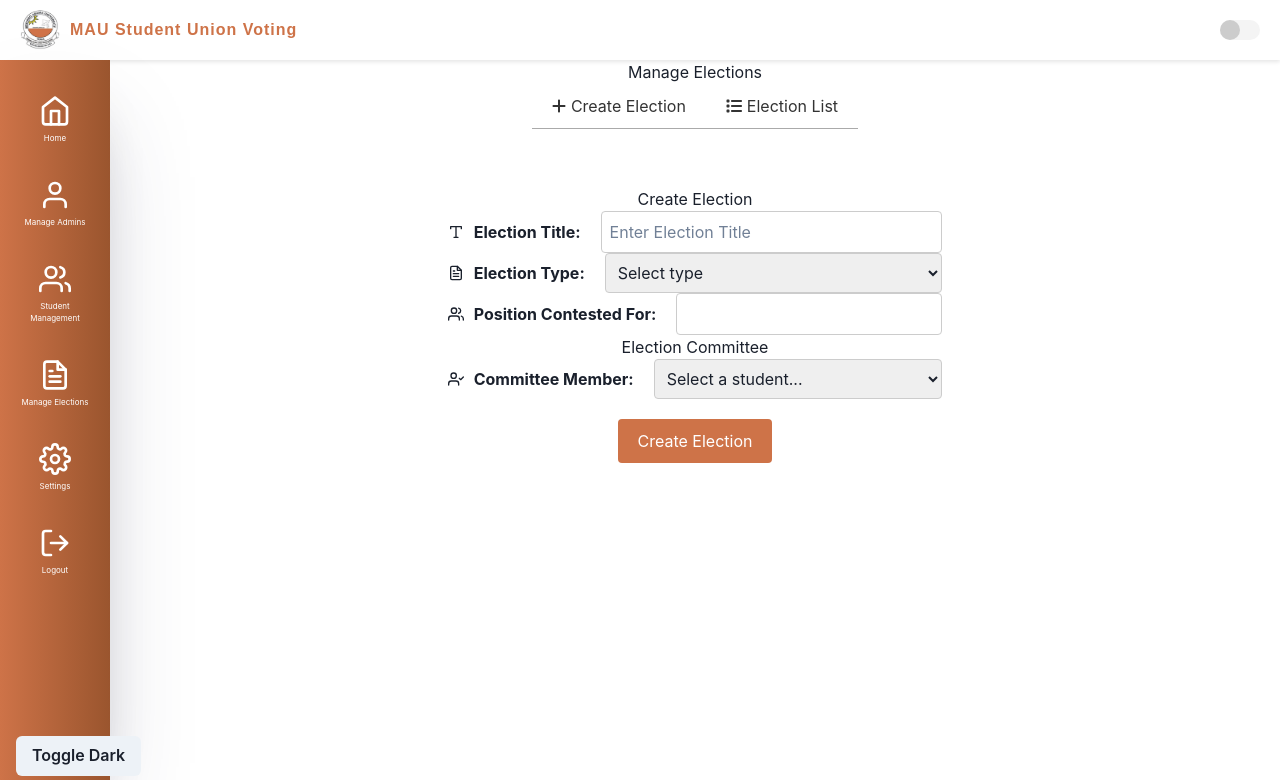
Repository: joena1o/e-vote
Page: /admin-dashboard/manage-elections
An editor plug-in stored every save of this project. The page is shown before and after the next save, followed by the edit.
The browser window is 1280 px wide. The pictures show the whole page.
The project was rebuilt for these pictures with package versions that can differ from the ones it lists, and the page was loaded fresh each time. Also part of the build but not shown: src/components/EnhancedLogin.js, src/components/maincontent/RegisterStudents/ManageStudents.js, src/components/maincontent/RegisterStudents/RegisterStudents.js, src/components/maincontent/RegisterStudents/StudentManagement.js, src/components/maincontent/ElectionResults/ViewResults.js, src/components/maincontent/Settings/Settings.js, src/api/index.js, src/components/maincontent/home/Home.styles.js and 5 more.

Above is the page before, as saved 2023-10-20 12:36:36.

### src/App.js
import React from 'react';
import { BrowserRouter as Router, Routes, Route, Navigate } from 'react-router-dom';
import EnhancedLogin from './components/EnhancedLogin';
import AdminDashboard from './components/AdminDashboard';
import { ChakraProvider, ColorModeProvider, Button, useColorMode } from '@chakra-ui/react';
import { Provider } from 'react-redux';
import store from './Redux/store';

// Component to toggle dark mode
function DarkModeToggle() {
  const { colorMode, toggleColorMode } = useColorMode();
  return (
    <Button onClick={toggleColorMode} position="fixed" m={4} zIndex={10}>
      Toggle {colorMode === 'light' ? 'Dark' : 'Light'}
    </Button>
  );
}

function App() {
  // Check if the current route is not the "/login" route, then render the DarkModeToggle
  const isLoginPage = window.location.pathname === '/login';

  return (
    <Provider store={store}>
      <ChakraProvider>
        <ColorModeProvider options={{ useSystemColorMode: true }}>
          <Router>
            <Routes>
              {/* Define your routes */}
              <Route path="/login" element={<EnhancedLogin />} />
              <Route path="/admin-dashboard/*" element={<AdminDashboard />} />
              {/* Redirect root to /admin-dashboard */}
              <Route path="/" element={<Navigate to="/admin-dashboard" replace />} />
            </Routes>
          </Router>
          {/* Render DarkModeToggle only if not on the "/login" page */}
          {!isLoginPage && <DarkModeToggle />}
        </ColorModeProvider>
      </ChakraProvider>
    </Provider>
  );
}

export default App;

### src/components/AdminDashboard.js
// AdminDashboard.js
import React from 'react';
import { Routes, Route } from 'react-router-dom';
import StudentManagement from './maincontent/RegisterStudents/StudentManagement';
import ViewResults from './maincontent/ElectionResults/ViewResults';
import Settings from './maincontent/Settings/Settings';
import Home from './maincontent/home/Home';
import ManageAdmin from './maincontent/ManageAdmins/ManageAdmins';
import ManageElections from './maincontent/ManageElections/ManageElections';
import Sidebar from './Sidebar';
import Navbar from './Navbar';
import styled from 'styled-components';

const Container = styled.div`
  display: flex;
  flex-direction: column;
  /* Add the following line to ensure Container fills the screen height */
  height: 100vh;
  width: 100%; /* Use 100% to fill the entire width of the screen */
`;


const Content = styled.div`
  display: flex;
  /* Add the following line to ensure Content fills the remaining screen space */
  flex: 1;
`;

const AdminDashboard = () => {
  return (
    <Container>
      <Navbar />
      <Content>
        <Sidebar />
        <Routes>
          <Route index element={<Home />} />
          <Route path="student-management" element={<StudentManagement />} />
          <Route path="view-results" element={<ViewResults />} />
          <Route path="settings" element={<Settings />} />
          <Route path="manage-admin" element={<ManageAdmin />} />
          <Route path="manage-elections" element={<ManageElections />} />
        </Routes>
      </Content>
    </Container>
  );
};

export default AdminDashboard;

### src/Redux/store.js
import { configureStore } from '@reduxjs/toolkit';
import electionReducer from './electionSlice';
import studentsReducer from './studentsSlice'; // Assuming you have a studentsSlice

const store = configureStore({
  reducer: {
    elections: electionReducer,
    students: studentsReducer, // Add the students reducer here
  },
});

export default store;

### src/components/maincontent/ManageElections/ManageElections.js
import React, { useState } from 'react';
import { Tab, TabList, TabPanel, Tabs } from 'react-tabs';
import 'react-tabs/style/react-tabs.css'; // Import styles for react-tabs
import styled from 'styled-components';
import CreateElections from './CreateElection';
import ElectionList from './ElectionList';
import { FontAwesomeIcon } from '@fortawesome/react-fontawesome';
import { faPlus, faList } from '@fortawesome/free-solid-svg-icons'; // Import Font Awesome icons

const FullHeightContainer = styled.div`
  height: 100%;
  display: flex;
  flex-direction: column;
  justify-content: flex-start;
  align-items: center;
  width: 100%;
`;

const TabsContainer = styled.div`
  text-align: center;
  width: 100%;
  max-width: 1200px;
  flex: 1;
  display: flex;
  flex-direction: column;
  align-items: center;
`;

const StyledTab = styled(Tab)`
  padding: 10px 20px;
  color: #333;
  cursor: pointer;
  margin: 0;
  display: flex;
  align-items: center;
  justify-content: center;
  transition: background-color 0.2s ease-in-out;

  &:hover {
    background-color: #e0e0e0;
  }

  &.react-tabs__tab--selected {
    background-color: #fff;
    border: none; /* Remove the border */
    border-radius: 5px 5px 0 0;
  }
`;

const IconWrapper = styled.div`
  margin-right: 5px;
`;

const ManageElections = () => {
  const [activeTab, setActiveTab] = useState(0);

  const handleTabChange = (index) => {
    setActiveTab(index);
  };

  return (
    <FullHeightContainer>
      <h1>Manage Elections</h1>
      <TabsContainer>
        <Tabs selectedIndex={activeTab} onSelect={handleTabChange}>
          <TabList style={{ display: 'flex', justifyContent: 'center' }}>
            <StyledTab>
              <IconWrapper>
                <FontAwesomeIcon icon={faPlus} />
              </IconWrapper>
              Create Election
            </StyledTab>
            <StyledTab>
              <IconWrapper>
                <FontAwesomeIcon icon={faList} />
              </IconWrapper>
              Election List
            </StyledTab>
          </TabList>
        </Tabs>
        <Tabs selectedIndex={activeTab} onSelect={handleTabChange}>
          <TabPanel>
            <CreateElections />
          </TabPanel>
          <TabPanel>
            <ElectionList />
          </TabPanel>
        </Tabs>
      </TabsContainer>
    </FullHeightContainer>
  );
};

export default ManageElections;

### src/components/Sidebar.js
import React from 'react';
import styled from 'styled-components';
import { Link } from 'react-router-dom';
import { FiHome, FiUser, FiUsers, FiFileText, FiSettings, FiLogOut } from 'react-icons/fi';
import { useColorMode } from '@chakra-ui/react';

const SidebarContainer = styled.nav`
  background: ${props => (props.theme === 'dark' ? '#333' : 'linear-gradient(to right, #ce7348, #9a552e)')};
  padding: 15px;
  height: 100vh;
  color: #fff;
  box-shadow: rgba(50, 50, 93, 0.25) 0px 50px 100px -20px, rgba(0, 0, 0, 0.3) 0px 30px 60px -30px;
  display: flex;
  flex-direction: column;
`;

const LinkList = styled.ul`
  list-style-type: none;
  padding: 0;
  flex: 1;
`;

const StyledLink = styled(Link)`
  text-decoration: none;
  color: #fff;
  display: flex;
  flex-direction: column;
  align-items: center;
  transition: color 0.3s ease;
  margin-bottom: 15px;
  cursor: pointer;
  font-size: 0.5rem;

  &:hover {
    color: #fce364;
  }

  width: 80px;
  text-align: center;
  word-wrap: break-word;
  overflow-wrap: break-word;

  @media (max-width: 768px) {
    font-size: 0.4rem;
  }

  @media (max-width: 480px) {
    font-size: 0.3rem;
  }
`;

const LinkItem = styled.li`
  display: flex;
  align-items: center;
  margin-top: 20px;
`;

const Icon = styled.div`
  font-size: 2rem;
  color: #fff;

  @media (max-width: 768px) {
    font-size: 0.9rem;
  }

  @media (max-width: 480px) {
    font-size: 0.8rem;
  }

  margin-bottom: 5px;

  ${StyledLink}:hover & {
    color: #fce364;  // Change icon color when the link is hovered
  }
`;

function Sidebar() {
  const { colorMode } = useColorMode();

  return (
    <SidebarContainer theme={colorMode}>
      <LinkList>
        <LinkItem>
          <StyledLink to="/admin-dashboard">
            <Icon><FiHome /></Icon>
            Home
          </StyledLink>
        </LinkItem>
        <LinkItem>
          <StyledLink to="/admin-dashboard/manage-admin">
            <Icon><FiUser /></Icon>
            Manage Admins
          </StyledLink>
        </LinkItem>
        <LinkItem>
          <StyledLink to="/admin-dashboard/student-management">
            <Icon><FiUsers /></Icon>
            Student Management
          </StyledLink>
        </LinkItem>
        <LinkItem>
          <StyledLink to="/admin-dashboard/manage-elections">
            <Icon><FiFileText /></Icon>
            Manage Elections
          </StyledLink>
        </LinkItem>
        <LinkItem>
          <StyledLink to="/admin-dashboard/settings">
            <Icon><FiSettings /></Icon>
            Settings
          </StyledLink>
        </LinkItem>
        <LinkItem>
          <StyledLink to="/logout">
            <Icon><FiLogOut /></Icon>
            Logout
          </StyledLink>
        </LinkItem>
      </LinkList>
    </SidebarContainer>
  );
}

export default Sidebar;

### src/components/Navbar.js
import React from 'react';
import styled, { createGlobalStyle } from 'styled-components';
import logo from '../assets/school_logo.jpg';
import { useColorMode } from '@chakra-ui/react';

const GlobalStyle = createGlobalStyle`
  body {
    background-color: ${props => (props.theme === 'dark' ? '#333' : '#fff')};
    color: ${props => (props.theme === 'dark' ? '#fff' : '#000')}; // Set other component texts to black in light mode
  }
`;

const Header = styled.header`
  background: ${props => (props.theme === 'dark' ? '#333' : '#fff')};
  color: ${props => (props.theme === 'dark' ? '#fff' : '#ce7348')}; // Set navbar text to brown in light mode
  padding: 10px 20px;
  display: flex;
  align-items: center;
  justify-content: flex-start;
  box-shadow: 0px 2px 4px rgba(0, 0, 0, 0.1);
  font-family: 'Poppins', sans-serif;
`;


const Logo = styled.img`
  width: 40px;
  height: 40px;
  border-radius: 20px;
  margin-right: 10px;
`;

const Title = styled.h1`
  margin: 0;
  padding: 0;
  font-size: 1rem;
  font-weight: 600;
  letter-spacing: 1px;
`;

const ToggleSlider = styled.label`
  display: flex;
  align-items: center;
  cursor: pointer;
  margin-left: auto;
`;

const SliderInput = styled.input.attrs({ type: 'checkbox' })`
  display: none;
`;

const Slider = styled.div`
  width: 40px;
  height: 20px;
  background-color: ${props => (props.theme === 'dark' ? '#333' : '#f4f4f4')};
  border-radius: 20px;
  position: relative;
  transition: background-color 0.3s ease;
  cursor: pointer;

  &::after {
    content: '';
    width: 20px;
    height: 20px;
    border-radius: 50%;
    background-color: ${props => (props.theme === 'dark' ? '#fff' : '#ccc')};
    position: absolute;
    top: 50%;
    transform: translateY(-50%);
    left: ${props => (props.theme === 'dark' ? '20px' : '0')};
    transition: left 0.3s ease;
  }
`;

function Navbar() {
  const { colorMode, toggleColorMode } = useColorMode();

  return (
    <>
      <GlobalStyle theme={colorMode} />
      <Header theme={colorMode}>
        <Logo src={logo} alt="University Logo" />
        <Title>MAU Student Union Voting</Title>
        <ToggleSlider>
          <SliderInput type="checkbox" onChange={toggleColorMode} />
          <Slider theme={colorMode} />
        </ToggleSlider>
      </Header>
    </>
  );
}

export default Navbar;

### src/Redux/electionSlice.js
/*import { createSlice, createAsyncThunk } from '@reduxjs/toolkit';
import { API, graphqlOperation } from 'aws-amplify';
import { createElection as createElectionAPI } from '../graphql/mutations';

export const createElection = createAsyncThunk(
  'elections/createElection',
  async (election, { rejectWithValue }) => {
    try {
      const result = await API.graphql(graphqlOperation(createElectionAPI, { input: election }));
      return result.data.createElection;
    } catch (error) {
      return rejectWithValue(error);
    }
  }
);

const electionSlice = createSlice({
  name: 'elections',
  initialState: [],
  reducers: {},
  extraReducers: (builder) => {
    builder.addCase(createElection.fulfilled, (state, action) => {
      state.push(action.payload);
    });
  },
});

export default electionSlice.reducer;
*/

### src/Redux/studentsSlice.js
import { createSlice } from '@reduxjs/toolkit';

export const studentsSlice = createSlice({
  name: 'students',
  initialState: [],
  reducers: {
    addStudents: (state, action) => {
      // Add students to the Redux store
      action.payload.forEach(student => {
        state.push(student);
      });
    },
  },
});

export const { addStudents } = studentsSlice.actions;

export default studentsSlice.reducer;

### src/components/maincontent/ManageElections/CreateElection.js
import React, { useState } from 'react';
import styled from 'styled-components';
import { FiCalendar, FiUsers, FiFileText, FiUserCheck, FiClipboard, FiType } from 'react-icons/fi';

const Form = styled.form`
  background: rgba(255,255,255,0.3);
  padding: 3em;
  border-radius: 0;
  backdrop-filter: blur(10px);
  text-align: center;
`;

const FormField = styled.div`
  display: flex;
  align-items: center;
  gap: 10px;
`;

const FormLabel = styled.label`
  font-weight: bold;
  margin-right: 10px;
`;

const FormInput = styled.input`
  flex-grow: 1;
  padding: 0.5rem;
  border: 1px solid #ccc;
  border-radius: 4px;
  font-size: 1rem;
`;

const FormSelect = styled.select`
  flex-grow: 1;
  padding: 0.5rem;
  border: 1px solid #ccc;
  border-radius: 4px;
  font-size: 1rem;
`;

const SubmitButton = styled.button`
  margin-top: 20px;
  padding: 10px 20px;
  background-color: #ce7348;
  border: none;
  border-radius: 4px;
  font-size: 1rem;
  color: white;
  cursor: pointer;
`;

const CreateElection = () => {
  const [electionType, setElectionType] = useState('');
  const [students] = useState([
    'john.doe@example.com',
    'jane.smith@example.com',
    // Add more students as required
  ]);

  return (
    <Form>
      <h2>Create Election</h2>

      <FormField>
        <FiType />
        <FormLabel htmlFor="electionTitle">Election Title:</FormLabel>
        <FormInput id="electionTitle" name="electionTitle" type="text" placeholder="Enter Election Title" />
      </FormField>

      <FormField>
        <FiFileText />
        <FormLabel htmlFor="electionType">Election Type:</FormLabel>
        <FormSelect
          id="electionType"
          name="electionType"
          onChange={e => setElectionType(e.target.value)}
        >
          <option value="">Select type</option>
          <option value="general">General</option>
          <option value="faculty">Faculty</option>
          <option value="department">Department</option>
        </FormSelect>
      </FormField>

      {(electionType === 'faculty' || electionType === 'department') && (
        <FormField>
          <FiClipboard />
          <FormLabel htmlFor="name">{electionType.charAt(0).toUpperCase() + electionType.slice(1)} Name:</FormLabel>
          <FormInput id="name" name="name" type="text" />
        </FormField>
      )}

      <FormField>
        <FiUsers />
        <FormLabel htmlFor="position">Position Contested For:</FormLabel>
        <FormInput id="position" name="position" type="text" />
      </FormField>

      <h3>Election Committee</h3>
      <FormField>
        <FiUserCheck />
        <FormLabel htmlFor="committeeEmail">Committee Member:</FormLabel>
        <FormSelect id="committeeEmail" name="committeeEmail">
          <option value="">Select a student...</option>
          {students.map(email => (
            <option key={email} value={email}>
              {email}
            </option>
          ))}
        </FormSelect>
      </FormField>

      <SubmitButton>Create Election</SubmitButton>
    </Form>
  );
};

export default CreateElection;

Loaded but not shown: public/index.html (common file); src/index.js (common file); src/index.css (common file); src/reportWebVitals.js (common file)

After the next save:
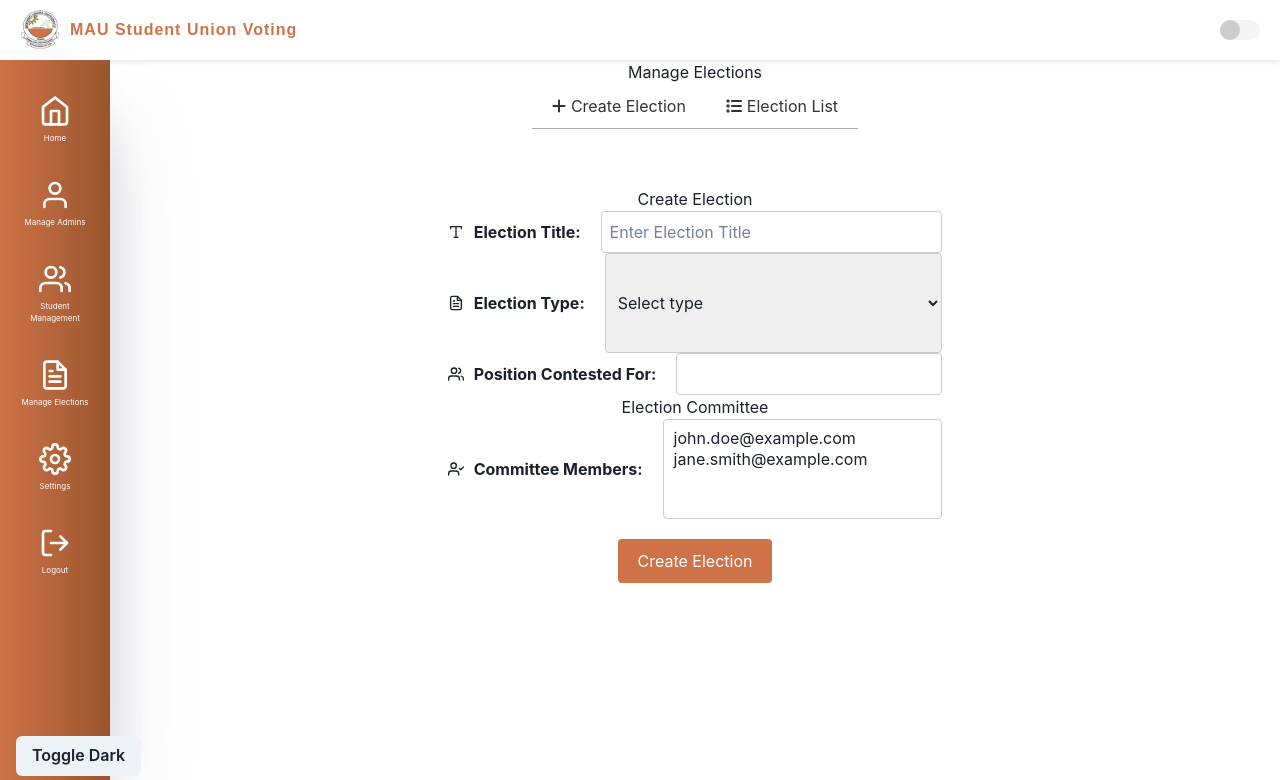
Saved 2 min 52 s later.
--- a/src/components/maincontent/ManageElections/CreateElection.js
+++ b/src/components/maincontent/ManageElections/CreateElection.js
@@ -29,12 +29,14 @@ const FormInput = styled.input`
   font-size: 1rem;
 `;
 
-const FormSelect = styled.select`
+const FormMultiSelect = styled.select`
   flex-grow: 1;
   padding: 0.5rem;
   border: 1px solid #ccc;
   border-radius: 4px;
   font-size: 1rem;
+  height: 100px;
+  multiple: true;
 `;
 
 const SubmitButton = styled.button`
@@ -69,7 +71,7 @@ const CreateElection = () => {
       <FormField>
         <FiFileText />
         <FormLabel htmlFor="electionType">Election Type:</FormLabel>
-        <FormSelect
+        <FormMultiSelect
           id="electionType"
           name="electionType"
           onChange={e => setElectionType(e.target.value)}
@@ -78,7 +80,7 @@ const CreateElection = () => {
           <option value="general">General</option>
           <option value="faculty">Faculty</option>
           <option value="department">Department</option>
-        </FormSelect>
+        </FormMultiSelect>
       </FormField>
 
       {(electionType === 'faculty' || electionType === 'department') && (
@@ -98,15 +100,14 @@ const CreateElection = () => {
       <h3>Election Committee</h3>
       <FormField>
         <FiUserCheck />
-        <FormLabel htmlFor="committeeEmail">Committee Member:</FormLabel>
-        <FormSelect id="committeeEmail" name="committeeEmail">
-          <option value="">Select a student...</option>
+        <FormLabel htmlFor="committeeEmail">Committee Members:</FormLabel>
+        <FormMultiSelect id="committeeEmail" name="committeeEmail" multiple>
           {students.map(email => (
             <option key={email} value={email}>
               {email}
             </option>
           ))}
-        </FormSelect>
+        </FormMultiSelect>
       </FormField>
 
       <SubmitButton>Create Election</SubmitButton>
